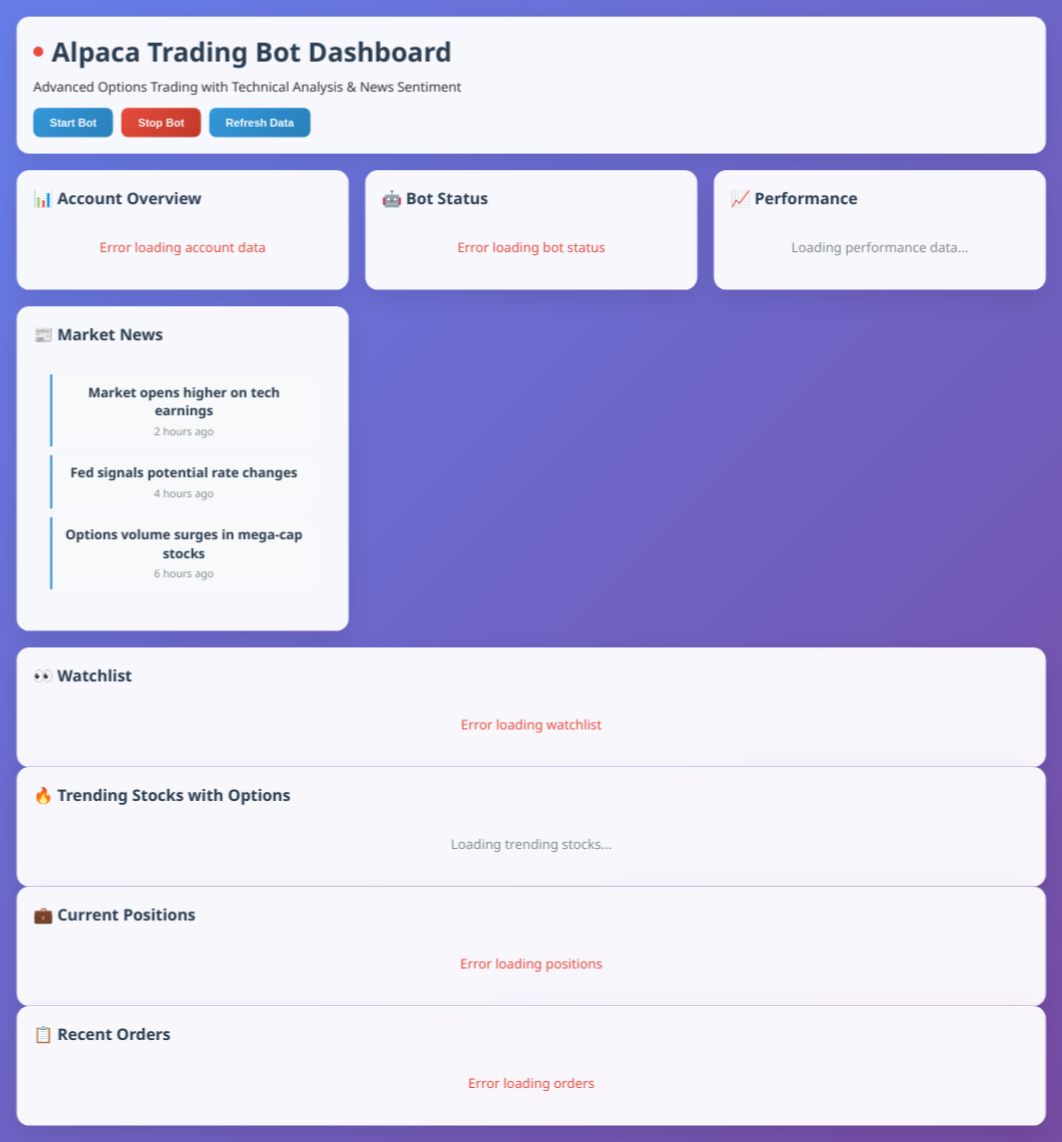
Repository: papykabukanyi/tradingbot
Page: public/index.html
The author's editor kept a copy of each file at every save. The page is drawn from the files as they stood at one save, then again after the next save.
The browser window is 1280 px wide. The pictures show the whole page, at 83% of full size.
The page's requests for data from a server got no answer.

Above is the page before, as saved 2025-07-20 08:56:32.

After the next save:
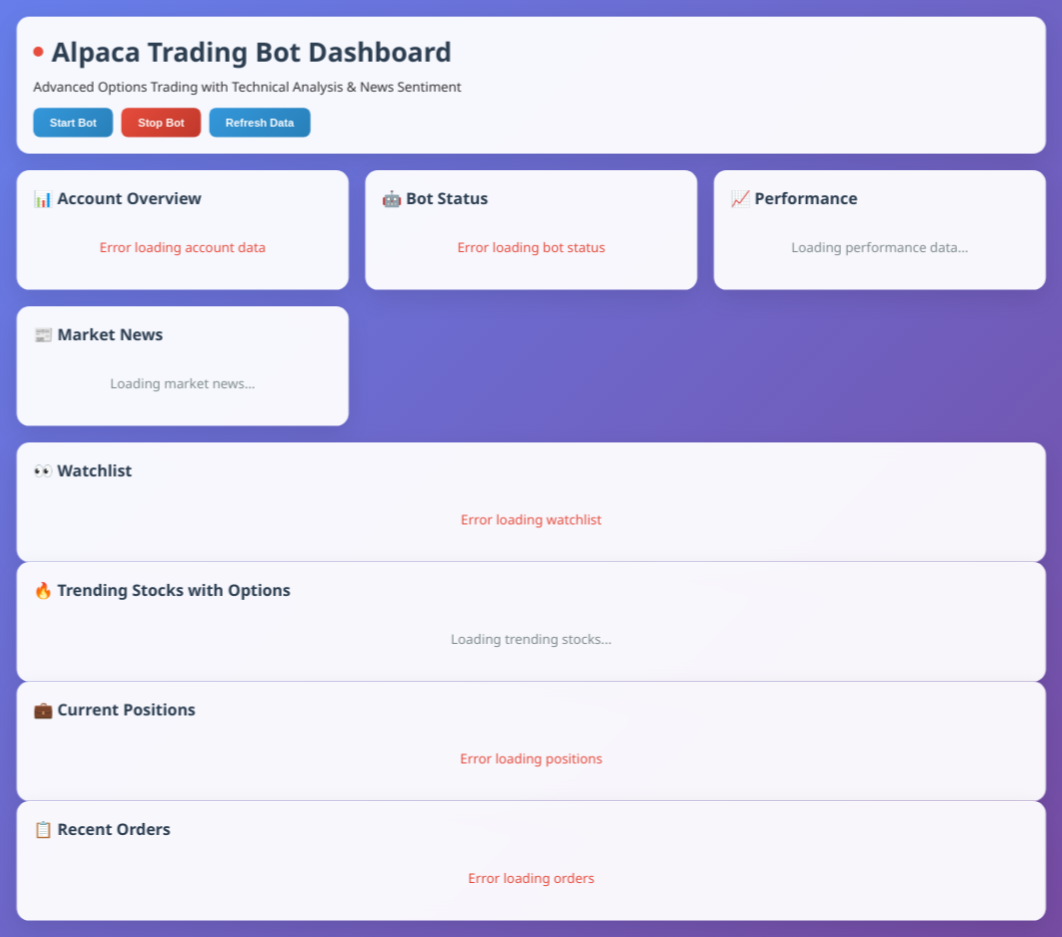
Saved 9 s later.
--- a/public/index.html
+++ b/public/index.html
@@ -349,6 +349,7 @@
                     loadPositions(),
                     loadOrders(),
                     loadWatchlist(),
+                    loadTrendingStocks(),
                     loadMarketNews()
                 ]);
             } catch (error) {

After the save that followed:
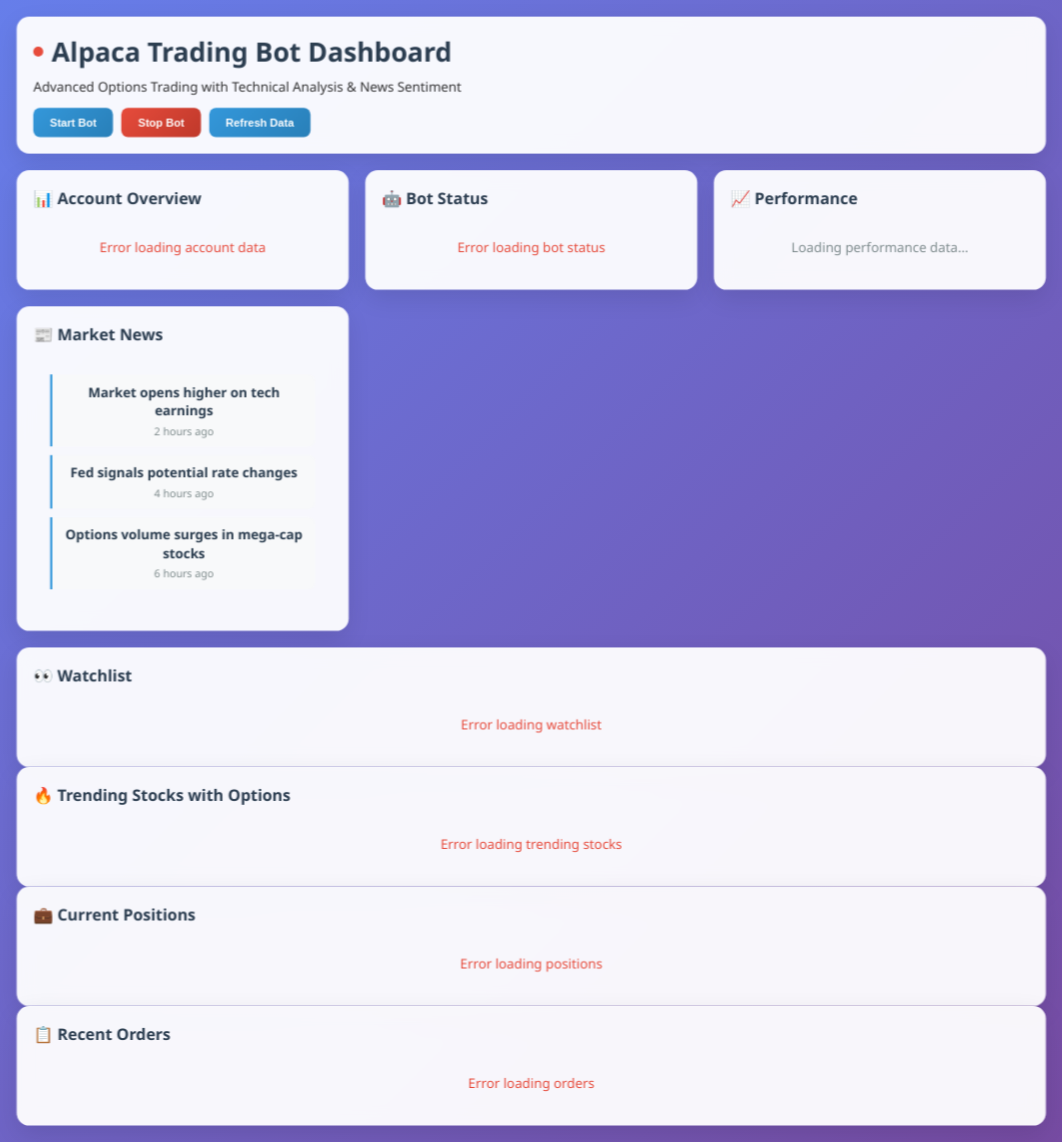
Saved 20 s later.
--- a/public/index.html
+++ b/public/index.html
@@ -506,17 +506,19 @@
                 const response = await fetch('/api/watchlist');
                 const watchlist = await response.json();
 
-                let html = '<table class="watchlist-table"><thead><tr><th>Symbol</th><th>Price</th><th>Change %</th><th>Volume</th></tr></thead><tbody>';
+                let html = '<table class="watchlist-table"><thead><tr><th>Symbol</th><th>Price</th><th>Change %</th><th>Volume</th><th>Status</th></tr></thead><tbody>';
 
                 watchlist.forEach(stock => {
                     const change = parseFloat(stock.change);
+                    const trendingBadge = stock.isTrending ? '<span class="trending-badge">TRENDING</span>' : '';
 
                     html += `
                         <tr>
-                            <td><strong>${stock.symbol}</strong></td>
+                            <td><strong>${stock.symbol}</strong>${trendingBadge}</td>
                             <td>$${parseFloat(stock.price).toFixed(2)}</td>
                             <td class="${change >= 0 ? 'positive' : 'negative'}">${change.toFixed(2)}%</td>
                             <td>${parseInt(stock.volume).toLocaleString()}</td>
+                            <td>${stock.isTrending ? '<span class="volume-spike">High Volume</span>' : 'Normal'}</td>
                         </tr>
                     `;
                 });
@@ -525,6 +527,39 @@
                 document.getElementById('watchlist').innerHTML = html;
             } catch (error) {
                 document.getElementById('watchlist').innerHTML = '<p class="negative">Error loading watchlist</p>';
+            }
+        }
+
+        async function loadTrendingStocks() {
+            try {
+                const response = await fetch('/api/trending');
+                const trending = await response.json();
+
+                if (trending.length === 0) {
+                    document.getElementById('trending').innerHTML = '<p>No trending stocks detected currently</p>';
+                    return;
+                }
+
+                let html = '<table class="watchlist-table"><thead><tr><th>Symbol</th><th>Price</th><th>Change %</th><th>Volume Ratio</th><th>Reason</th></tr></thead><tbody>';
+
+                trending.forEach(stock => {
+                    const change = parseFloat(stock.priceChange);
+
+                    html += `
+                        <tr>
+                            <td><strong>${stock.symbol}</strong><span class="trending-badge">HOT</span></td>
+                            <td>$${parseFloat(stock.price).toFixed(2)}</td>
+                            <td class="${change >= 0 ? 'positive' : 'negative'}">${change.toFixed(2)}%</td>
+                            <td><span class="volume-spike">${stock.volumeRatio}x</span></td>
+                            <td style="font-size: 0.9em;">${stock.reason}</td>
+                        </tr>
+                    `;
+                });
+
+                html += '</tbody></table>';
+                document.getElementById('trending').innerHTML = html;
+            } catch (error) {
+                document.getElementById('trending').innerHTML = '<p class="negative">Error loading trending stocks</p>';
             }
         }
 
